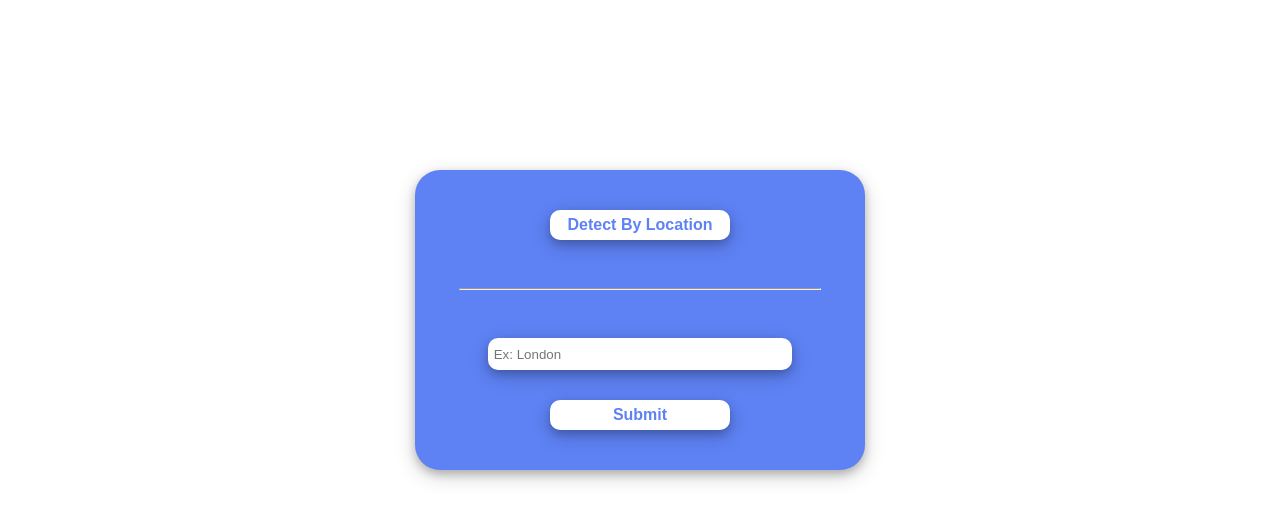
Repository: ahmedazawi/weather-app
Page: /
An editor plug-in stored every save of this project. The page is shown before and after the next save, followed by the edit.
The browser window is 1280 px wide. The pictures show the whole page.
The project was rebuilt for these pictures with package versions that can differ from the ones it lists, and the page was loaded fresh each time. Also part of the build but not shown: src/layout/Header.js, src/assets/css/details.css, src/assets/data/ContextApi.js, src/assets/css/SevenDaysCards.css, src/components/card.js, src/components/SevenDaysCards.js, src/assets/data/Api.js, src/components/Map.js and 2 more.

Above is the page before, as saved 2022-11-30 23:17:48.

After the next save:
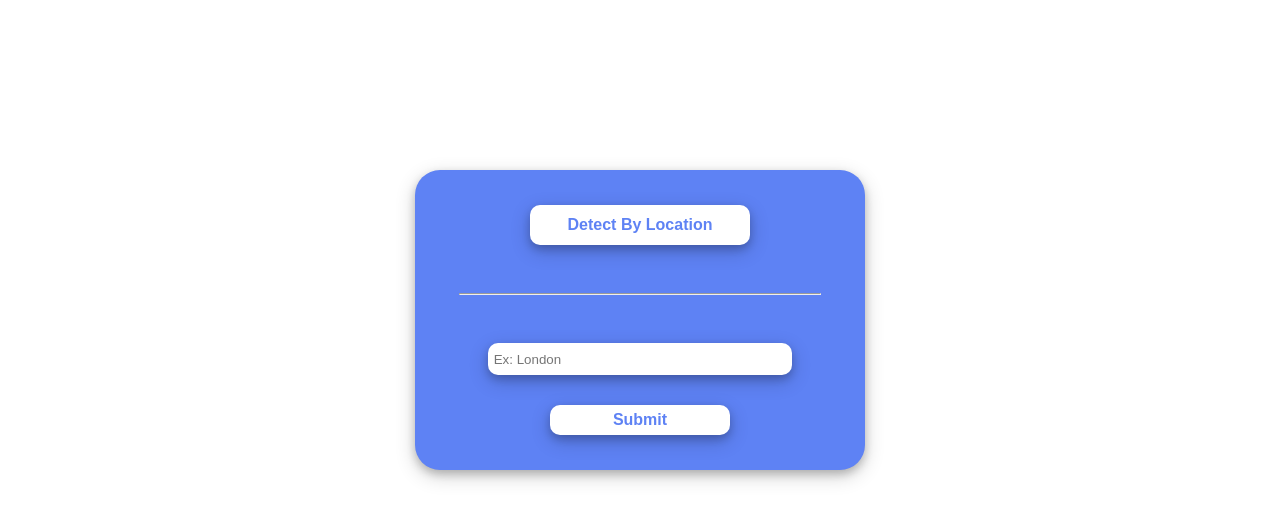
Saved 16 s later.
--- a/src/App.css
+++ b/src/App.css
@@ -58,8 +58,8 @@ body {
   gap: 30px;
 }
 .App .location-btn {
-  height: 40px;
-  width: 220px;
+  height: 40px !important;
+  width: 220px !important;
 }
 .App .btn {
   border: none;
